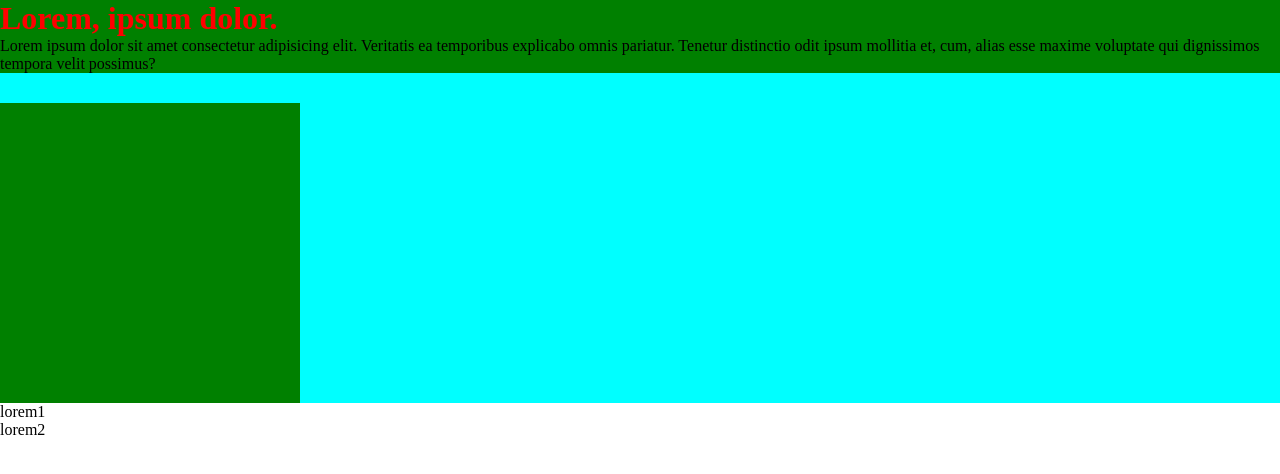
Repository: AytacSafarova/Scss-sample
Page: pages/homePage/index.html
The author's editor kept a copy of each file at every save. The page is drawn from the files as they stood at one save, then again after a run of saves.
The browser window is 1280 px wide. The pictures show the whole page.
The style sheet was rebuilt from its Sass, Less or Tailwind sources for each picture, by a compiler version that may differ from the author's.

Above is the page before, as saved 2023-11-09 14:25:01.

After the next 2 saves:
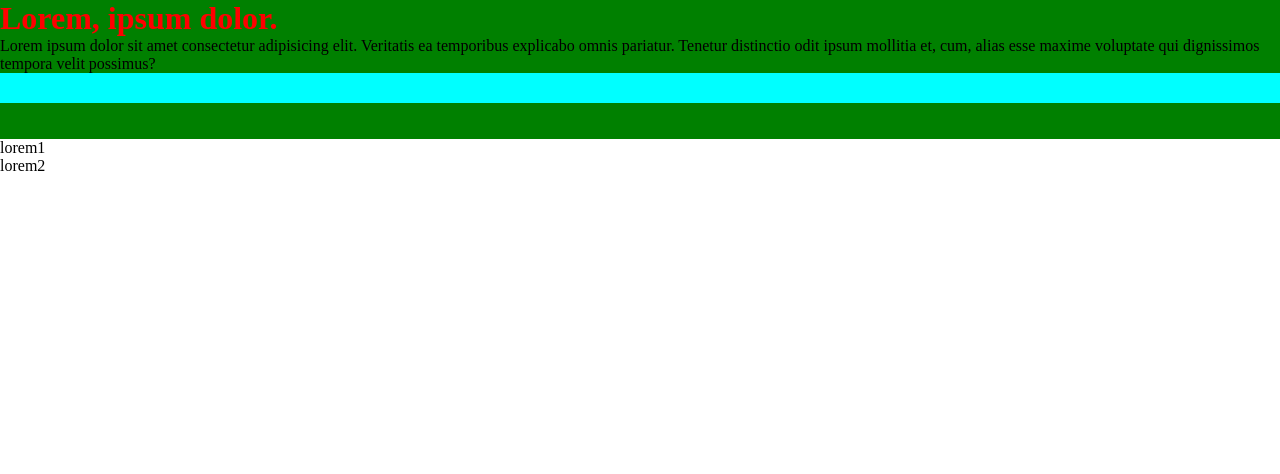
The 2 saves are shown as one change because they came seconds apart.
The last was saved 7 s later.
--- a/pages/homePage/index.scss
+++ b/pages/homePage/index.scss
@@ -9,15 +9,13 @@ $boxColor:green;
 .container {
   background-color: aqua;
   .child {
-
     background-color: $boxColor;
     h1 {
       color: red;
     }
   }
   .child-1{
-    width: 300px;
-    height: 300px;
+
     background-color: $boxColor;
     margin-top: 30px;
     p{
